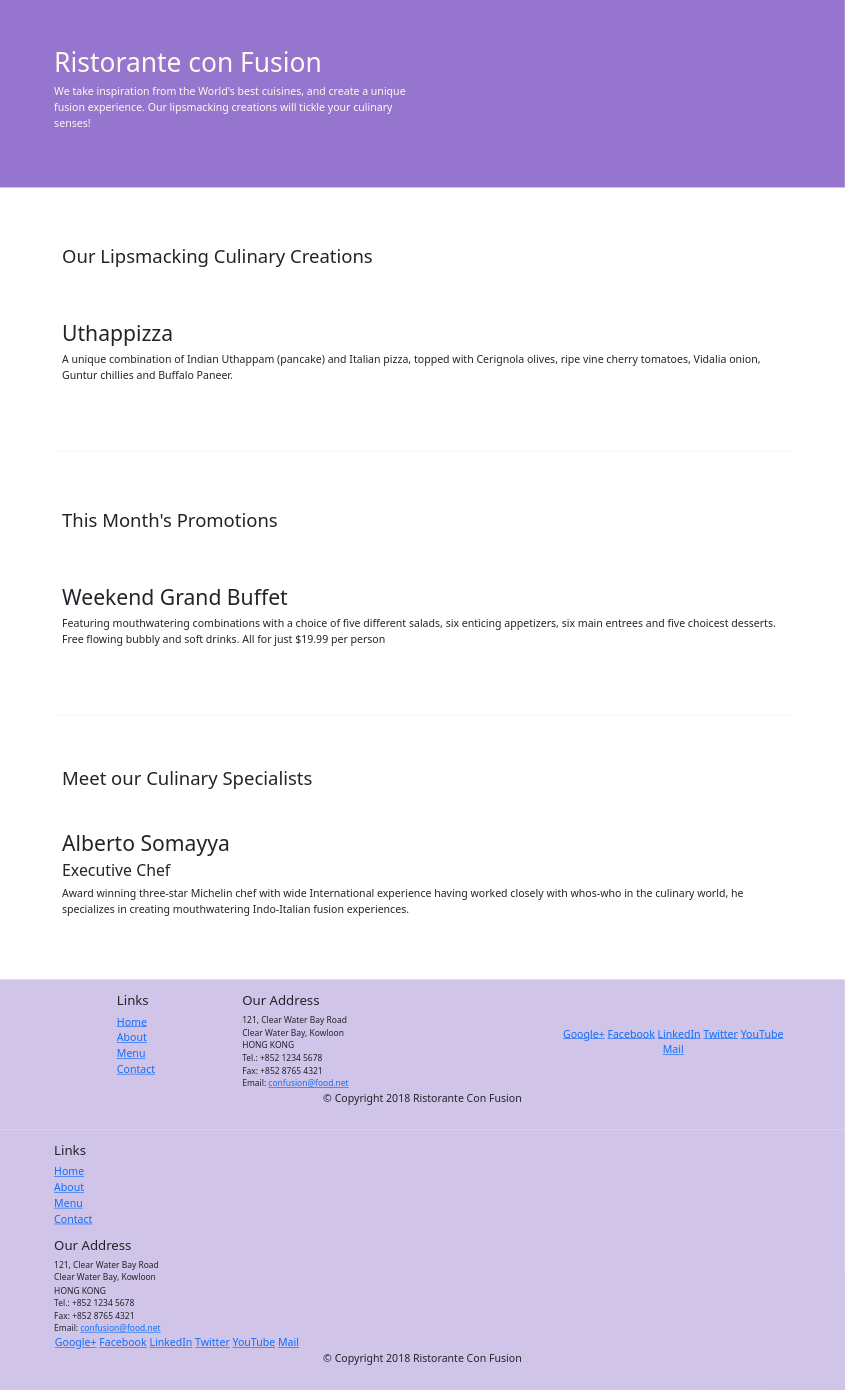
Repository: devjeremyjake/confusion
Page: index.html
An editor plug-in stored every save of this project. The page is shown before and after the next save, followed by the edit.
The browser window is 1280 px wide. The pictures show the whole page, at 66% of full size.
Some web libraries are served in a nearby version.

Above is the page before, as saved 2020-01-30 15:52:01.

### index.html
<!DOCTYPE html>
<html lang="en">
<head>
    <meta charset="UTF-8">
    <meta name="viewport" content="width=device-width, initial-scale=1.0">
    <meta http-equiv="X-UA-Compatible" content="ie=edge">
    <title>Ristorante Con Fusion</title>
    <link rel="stylesheet" href="node_modules/bootstrap/dist/css/bootstrap.min.css">
    <link rel="stylesheet" href="css/style.css">
</head>

<body>

   <header class="jumbotron">
        <div class="container">
            <div class="row row-header align-items-center">
                <div class="col-12 col-sm-6">
                    <h1>Ristorante con Fusion</h1>
                    <p>We take inspiration from the World's best cuisines, and create a unique fusion experience. Our lipsmacking creations will tickle your culinary senses!</p>
                </div>
                <div class="col-12 col-sm">
                </div>
            </div>
        </div>
    </header>

    <div class="container">
        <div class="row row-content align-items-center">
            <div>
                <h3>Our Lipsmacking Culinary Creations</h3>
            </div>
            <div>
                <h2>Uthappizza</h2>
                <p>A unique combination of Indian Uthappam (pancake) and Italian pizza, topped with Cerignola olives, ripe vine cherry tomatoes, Vidalia onion, Guntur chillies and Buffalo Paneer.</p>
            </div>
        </div>


        <div class="row row-content align-items-center">
            <div>
                <h3>This Month's Promotions</h3>
            </div>
            <div>
                <h2>Weekend Grand Buffet</h2>
                <p>Featuring mouthwatering combinations with a choice of five different salads, six enticing appetizers, six main entrees and five choicest desserts. Free flowing bubbly and soft drinks. All for just $19.99 per person </p>
            </div>
        </div>

        <div class="row row-content align-items-center">
            <div>
                <h3>Meet our Culinary Specialists</h3>
            </div>
            <div>
                <h2>Alberto Somayya</h2>
                <h4>Executive Chef</h4>
                <p>Award winning three-star Michelin chef with wide International experience having worked closely with whos-who in the culinary world, he specializes in creating mouthwatering Indo-Italian fusion experiences. </p>
            </div>
        </div>
    </div>
    <footer class="footer">
        <div class="container">
            <div class="row">
                <div class="col-4 offset-1 col-sm-2">
                    <h5>Links</h5>
                    <ul class="list-unstyled">
                        <li><a href="#">Home</a></li>
                        <li><a href="#">About</a></li>
                        <li><a href="#">Menu</a></li>
                        <li><a href="#">Contact</a></li>
                    </ul>
                </div>
                <div class="col-7 col-sm-5">
                    <h5>Our Address</h5>
                    <address>
		              121, Clear Water Bay Road<br>
		              Clear Water Bay, Kowloon<br>
		              HONG KONG<br>
		              Tel.: +852 1234 5678<br>
		              Fax: +852 8765 4321<br>
		              Email: <a href="mailto:confusion@food.net">confusion@food.net</a>
		           </address>
                </div>
                <div class="col-12 col-sm-4 align-self-center">
                    <div class="text-center">
                        <a href="http://google.com/+">Google+</a>
                        <a href="http://www.facebook.com/profile.php?id=">Facebook</a>
                        <a href="http://www.linkedin.com/in/">LinkedIn</a>
                        <a href="http://twitter.com/">Twitter</a>
                        <a href="http://youtube.com/">YouTube</a>
                        <a href="mailto:">Mail</a>
                    </div>
                </div>
           </div>
           <div class="row justify-content-center">
                <div class="col-auto">
                    <p>© Copyright 2018 Ristorante Con Fusion</p>
                </div>
           </div>
        </div>
    </footer>
    <footer class="footer">
        <div class=" container">
            <div>
                <div>
                    <h5>Links</h5>
                    <ul class="list-unstyled">
                        <li><a href="#">Home</a></li>
                        <li><a href="#">About</a></li>
                        <li><a href="#">Menu</a></li>
                        <li><a href="#">Contact</a></li>
                    </ul>
                </div>
                <div>
                    <h5>Our Address</h5>
                    <address>
		              121, Clear Water Bay Road<br>
		              Clear Water Bay, Kowloon<br>
		              HONG KONG<br>
		              Tel.: +852 1234 5678<br>
		              Fax: +852 8765 4321<br>
		              Email: <a href="mailto:confusion@food.net">confusion@food.net</a>
		           </address>
                </div>
                <div class="col-12 col-sm-4 align-self-center">
                    <div class="text-center">
                        <a href="http://google.com/+">Google+</a>
                        <a href="http://www.facebook.com/profile.php?id=">Facebook</a>
                        <a href="http://www.linkedin.com/in/">LinkedIn</a>
                        <a href="http://twitter.com/">Twitter</a>
                        <a href="http://youtube.com/">YouTube</a>
                        <a href="mailto:">Mail</a>
                    </div>
                </div>
           </div>
           <div class="row justify-content-center">
                <div class="col-auto">
                    <p>© Copyright 2018 Ristorante Con Fusion</p>
                </div>
           </div>
        </div>
    </footer>

    <script src="node_modules/jquery/dist/jquery.slim.min.js"></script>
    <script src="node_modules/popper.js/dist/umd/popper.min.js"></script>
    <script src="node_modules/bootstrap/dist/js/bootstrap.min.js"></script>
</body>

</html>

### css/style.css
.row-header {
    margin: px auto;
    padding: 0px;
}

.row-content {
    margin: 0px auto;
    padding: 50px 0px 50px 0px;
    border-bottom: 1px ridge;
    min-height: 400px;
}

.footer {
    background-color: #D1C4E9;
    margin: 0px auto;
    padding: 20px 0px 20px 0px;
}

.jumbotron {
    padding: 70px 30px 70px 30px;
    margin: 0px auto;
    background: #9575CD;
    color: floralwhite;
}

address {
    font-size: 80%;
    margin: 0px;
}

After the next save:
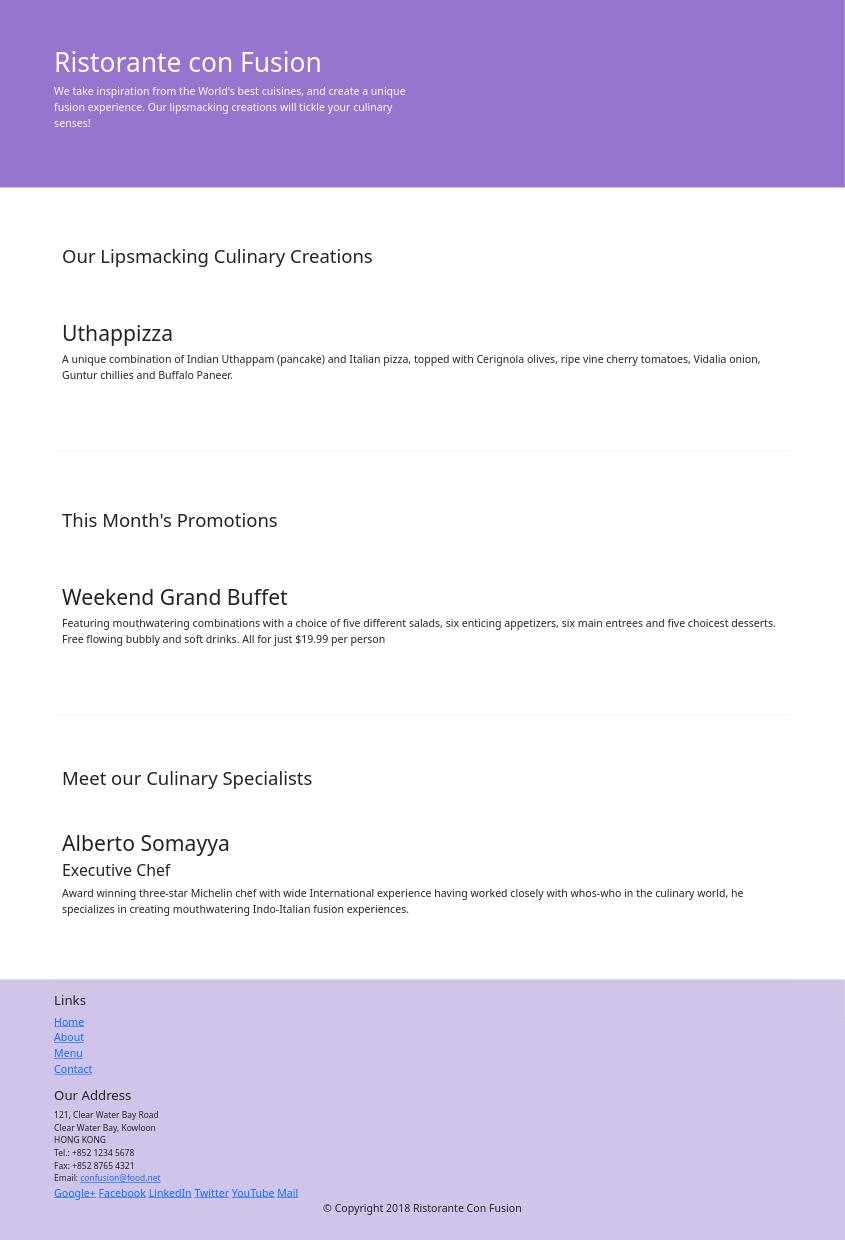
Saved 26 s later.
--- a/index.html
+++ b/index.html
@@ -57,47 +57,7 @@
             </div>
         </div>
     </div>
-    <footer class="footer">
-        <div class="container">
-            <div class="row">
-                <div class="col-4 offset-1 col-sm-2">
-                    <h5>Links</h5>
-                    <ul class="list-unstyled">
-                        <li><a href="#">Home</a></li>
-                        <li><a href="#">About</a></li>
-                        <li><a href="#">Menu</a></li>
-                        <li><a href="#">Contact</a></li>
-                    </ul>
-                </div>
-                <div class="col-7 col-sm-5">
-                    <h5>Our Address</h5>
-                    <address>
-		              121, Clear Water Bay Road<br>
-		              Clear Water Bay, Kowloon<br>
-		              HONG KONG<br>
-		              Tel.: +852 1234 5678<br>
-		              Fax: +852 8765 4321<br>
-		              Email: <a href="mailto:confusion@food.net">confusion@food.net</a>
-		           </address>
-                </div>
-                <div class="col-12 col-sm-4 align-self-center">
-                    <div class="text-center">
-                        <a href="http://google.com/+">Google+</a>
-                        <a href="http://www.facebook.com/profile.php?id=">Facebook</a>
-                        <a href="http://www.linkedin.com/in/">LinkedIn</a>
-                        <a href="http://twitter.com/">Twitter</a>
-                        <a href="http://youtube.com/">YouTube</a>
-                        <a href="mailto:">Mail</a>
-                    </div>
-                </div>
-           </div>
-           <div class="row justify-content-center">
-                <div class="col-auto">
-                    <p>© Copyright 2018 Ristorante Con Fusion</p>
-                </div>
-           </div>
-        </div>
-    </footer>
+
     <footer class="footer">
         <div class=" container">
             <div>
@@ -122,7 +82,7 @@
 		           </address>
                 </div>
                 <div class="col-12 col-sm-4 align-self-center">
-                    <div class="text-center">
+                    <div class=>
                         <a href="http://google.com/+">Google+</a>
                         <a href="http://www.facebook.com/profile.php?id=">Facebook</a>
                         <a href="http://www.linkedin.com/in/">LinkedIn</a>
